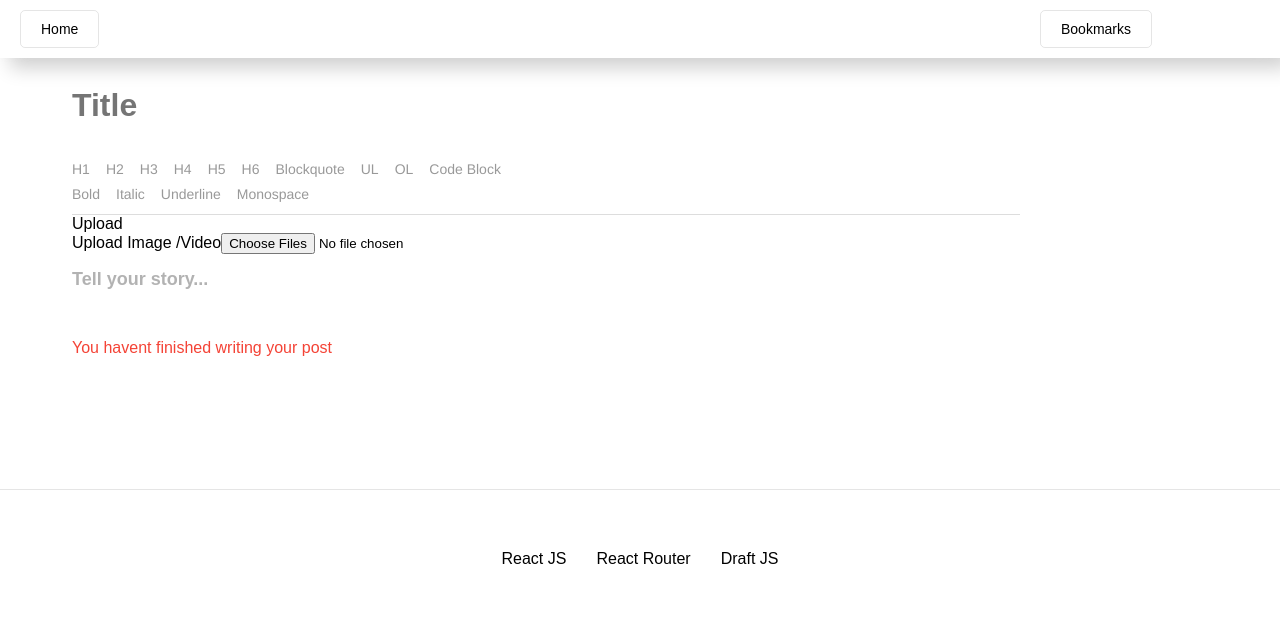
Repository: DevLaukey/task
Page: /react-mini-blog/new
An editor plug-in stored every save of this project. The page is shown before and after the next save, followed by the edit.
The browser window is 1280 px wide. The pictures show the whole page.
The project was rebuilt for these pictures with package versions that can differ from the ones it lists, and the page was loaded fresh each time. Also part of the build but not shown: src/data.js, src/helper.js, src/Components/content/content.css, src/Components/content/Bookmarks.js, src/Components/content/Post.js, src/Components/content/Posts.js, src/Components/content/Content.js, src/Components/content/Bookmark.js and 1 more.

Above is the page before, as saved 2022-06-14 02:08:25.

### public/index.html
<!DOCTYPE html>
<html lang="en">
  <head>
    <meta charset="utf-8">
    <meta name="viewport" content="width=device-width, initial-scale=1, shrink-to-fit=no">
    <meta name="theme-color" content="#000000">
    <!--
      manifest.json provides metadata used when your web app is added to the
      homescreen on Android. See https://developers.google.com/web/fundamentals/engage-and-retain/web-app-manifest/
    -->
    <link rel="manifest" href="%PUBLIC_URL%/manifest.json">
    <link rel="shortcut icon" href="%PUBLIC_URL%/favicon.ico">
    <!--
      Notice the use of %PUBLIC_URL% in the tags above.
      It will be replaced with the URL of the `public` folder during the build.
      Only files inside the `public` folder can be referenced from the HTML.

      Unlike "/favicon.ico" or "favicon.ico", "%PUBLIC_URL%/favicon.ico" will
      work correctly both with client-side routing and a non-root public URL.
      Learn how to configure a non-root public URL by running `npm run build`.
    -->
    <title>React Mini Blog - By Zonayed Ahmed</title>
  </head>
  <body>
    <noscript>
      You need to enable JavaScript to run this app.
    </noscript>
    <div id="root"></div>
    <!--
      This HTML file is a template.
      If you open it directly in the browser, you will see an empty page.

      You can add webfonts, meta tags, or analytics to this file.
      The build step will place the bundled scripts into the <body> tag.

      To begin the development, run `npm start` or `yarn start`.
      To create a production bundle, use `npm run build` or `yarn build`.
    -->
  </body>
</html>

### src/App.js
import React, { Component } from "react";
import { BrowserRouter as Router, Route } from "react-router-dom";
import "./App.css";
import data from "./data";
import Footer from "./Components/footer/Footer";
import Header from "./Components/header/Header";
import Content from "./Components/content/Content";
import Bookmark from "./Components/content/Bookmark";
import NewStory from "./Components/posts/NewStory";
import SinglePost from "./Components/posts/SinglePost";

export default class App extends Component {
  constructor(props) {
    super(props);
    this.state = {
      posts: data,
    };

    this.handleBookmark = this.handleBookmark.bind(this);
    this.handleRemoveBookmark = this.handleRemoveBookmark.bind(this);
    this.handleSubmission = this.handleSubmission.bind(this);
    this.handleRemove = this.handleRemove.bind(this);
  }

  handleBookmark(data) {
    let posts = this.state.posts;
    posts = posts.map((post) =>
      post === data
        ? { id: post.id, title: post.title, body: post.body, path: post.path, isVideo:post.isVideo, bookmark: true }
        : post
    );
    this.setState({ posts });
  }

  handleRemoveBookmark(data) {
    let posts = this.state.posts;
    posts = posts.map((post) =>
      post === data
        ? { id: post.id, title: post.title, body: post.body, bookmark: false }
        : post
    );
    this.setState({ posts });
  }

  handleSubmission(data) {
    let posts = this.state.posts;
    posts = [data, ...posts];
    this.setState({ posts });
  }

  handleRemove(post, history) {
    let posts = this.state.posts;
    posts = posts.filter((onepost) => onepost !== post);
    this.setState({ posts });
    history.push("/");
    this.handleWindow();
  }

  handleWindow() {
    window.scrollTo(0, 0);
  }

  render() {
    return (
      <Router basename="/react-mini-blog">
        <div className="App">
          <Route path="*" render={(props) => <Header {...props} />} />
          <Route
            exact
            path="/"
            render={() => (
              <Content
                posts={this.state.posts}
                bookmarks={this.state.posts.filter((post) => post.bookmark)}
                handleBookmark={this.handleBookmark}
                handleRemoveBookmark={this.handleRemoveBookmark}
              />
            )}
          />
          <Route
            exact
            path="/new"
            render={() => <NewStory handleSubmission={this.handleSubmission} />}
          />
          <Route
            exact
            path="/bookmark"
            render={() => (
              <Bookmark
                bookmarks={this.state.posts.filter((post) => post.bookmark)}
              />
            )}
          />
          <Route
            exact
            path="/post/:id"
            render={(props) => (
              <SinglePost
                {...props}
                posts={this.state.posts}
                handleBookmark={this.handleBookmark}
                handleRemoveBookmark={this.handleRemoveBookmark}
                handleRemove={this.handleRemove}
                handleWindow={this.handleWindow()}
              />
            )}
          />

          <Footer />
        </div>
      </Router>
    );
  }
}

### src/App.css
* {
  box-sizing: border-box;
  margin: 0;
  padding: 0;
}

.App {
  width: 100vw;
}

.btn {
  background: #fff;
  border: solid 1px rgba(0, 0, 0, 0.1);
  padding: 10px 20px;
  font-size: 14px;
  border-radius: 5px;
  margin: 10px;
}

a.btn {
  text-decoration: none;
  color: #000;
}

.btn:hover {
  cursor: pointer;
  border-color: #000;
}

.error {
  margin-top:10vh;
}

.image{
  width: 90%;
  height: auto;
}

### src/Components/footer/Footer.js
import React from 'react';
import "./footer.css"
export default () => {
  return (
    <footer>
      <div className="footer">
        <ul>
          <li>React JS</li>
          <li>React Router</li>
          <li>Draft JS</li>
        </ul>
      </div>
    </footer>
  )
}

### src/Components/header/Header.js
import React from "react";
import { Link } from "react-router-dom";
import "./header.css";

export default ({ match: { url } }) => {
  return (
    <header>
      <nav className="navbar">
        <div className="header__newStory">
          {url === "/" ? (
            <Link to="/new" className="btn btn-new">
              New Story
            </Link>
          ) : (
            <Link to="/" className="btn btn-new">
              Home
            </Link>
          )}
        </div>
        <div className="header__bookmarks">
          <Link to="/bookmark" className="btn btn-bookmarks">
            Bookmarks
          </Link>
        </div>
      </nav>
    </header>
  );
};

### src/Components/posts/NewStory.js
import React, { Component } from "react";
import uuidv1 from "uuid/v1";
import { Editor,EditorState, RichUtils, getDefaultKeyBinding } from "draft-js";

import { stateToHTML } from "draft-js-export-html";
import BlockStyleControls from "../RichText/BlockStyleControls";
import InlineStyleControls from "../RichText/InlineStyleControls";
import "./posts.css";
import "../../RichText.css";
import  { Route}  from "react-router-dom";



export default class NewStory extends Component {

  constructor(props) {
    super(props);
    this.state = {
      editorState: EditorState.createEmpty(),
      title: "",
      body: "",
      name: "",
      path: "",
      preview: null,
      data: null,
      done: "no",
      isVideo: false,
    };

    this.focus = () => this.refs.editor.focus();
    this.onChange = this.onChange.bind(this);
    this.handleKeyCommand = this._handleKeyCommand.bind(this);
    this.mapKeyToEditorCommand = this._mapKeyToEditorCommand.bind(this);
    this.toggleBlockType = this._toggleBlockType.bind(this);
    this.toggleInlineStyle = this._toggleInlineStyle.bind(this);
    this.handleSubmit = this.handleSubmit.bind(this);
  }

  onChange(editorState) {
    this.setState({ editorState });
    const contentState = this.state.editorState.getCurrentContent();
    const html = stateToHTML(contentState);
    this.state.title && this.state.body && this.state.data
      ? this.setState({ done: "done" })
      : console.log("waiting");
    this.setState({ body: html });
  }

  _handleKeyCommand(command, editorState) {
    const newState = RichUtils.handleKeyCommand(editorState, command);
    if (newState) {
      this.onChange(newState);
      return true;
    }
    return false;
  }

  _mapKeyToEditorCommand(e) {
    if (e.keyCode === 9 /* TAB */) {
      const newEditorState = RichUtils.onTab(
        e,
        this.state.editorState,
        4 /* maxDepth */
      );
      if (newEditorState !== this.state.editorState) {
        this.onChange(newEditorState);
      }
      return;
    }
    return getDefaultKeyBinding(e);
  }

  _toggleBlockType(blockType) {
    this.onChange(RichUtils.toggleBlockType(this.state.editorState, blockType));
  }

  _toggleInlineStyle(inlineStyle) {
    this.onChange(
      RichUtils.toggleInlineStyle(this.state.editorState, inlineStyle)
    );
  }

  changePath = (e) => {
    const file = e.target.files[0];
    if (!file) {
      return;
    }
    let src,
      preview,
      type = file.type;

    if (/^image\//.test(type)) {
      src = URL.createObjectURL(file);
      preview = <img src={src} alt="" />;
    } else if (/^video\//.test(type)) {
      src = URL.createObjectURL(file);
      preview = <video src={src} autoPlay loop controls />;
      this.setState({ isVideo: true });
    } else {
      return;
    }
    this.setState({
      path: src,
      data: file,
      preview: preview,
    });
  };

  // upload = () => {
  //   const data = this.state.data;
  //   const url = " ";
  //   const form = new FormData();
  //   form.append("file", data);
  //   fetch(url, {
  //     method: "POST",
  //     body: form,
  //   }).then((res) => {
  //     console.log(res);
  //   });
  // };

  handleSubmit() {
    const { title, body, isVideo, path } = this.state;
    if (title && body && path) {
      let newStory = { id: uuidv1(), title, body, isVideo, path, bookmark: false };
      this.props.handleSubmission(newStory);
      this.setState({
        editorState: EditorState.createEmpty(),
        title: "",
        body: "",
        data:null,
        done: "submitted",
      });
      <Route to="/" />
    }
  }

  render() {
    const { editorState } = this.state;
    let className = "RichEditor-editor";
    var contentState = editorState.getCurrentContent();
    if (!contentState.hasText()) {
      if (contentState.getBlockMap().first().getType() !== "unstyled") {
        className += " RichEditor-hidePlaceholder";
      }
    }

    const { title, done } = this.state;

    const { path, preview } = this.state;
    return (

      <div className="richtext-editor">
        <input
          type="text"
          className="input-title"
          value={title}
          onChange={(e) => this.setState({ title: e.target.value })}
          placeholder="Title"
        />
        <BlockStyleControls
          editorState={editorState}
          onToggle={this.toggleBlockType}
        />
        <InlineStyleControls
          editorState={editorState}
          onToggle={this.toggleInlineStyle}
        />
        {/* <FBEditor /> */}
        <div className={className} onClick={this.focus}>
          {/* <Editor
            toolbarStyle={{ display: "flex", justifyContent: "space-around" }}
            editorState={editorState}
            onEditorStateChange={this.onEditorStateChange}
            toolbar={{
              inline: { inDropdown: true },
              list: { inDropdown: true },
              textAlign: { inDropdown: true },
              link: { inDropdown: true },
              history: { inDropdown: true },
            }}
            /> */}
          {/* <VideoEditor /> */}
          <div>
            <div className="row">
              <label>Upload</label>
              <div className="row-input">
                <span>{path ? path : "Upload Image /Video"}</span>
                <input
                  type="file"
                  accept="image/*, video/*"
                  multiple
                  onChange={this.changePath}
                />
              </div>
            </div>
            <div className="media">{preview}</div>
            {/* <button className="primary upload" onClick={this.upload}>
              Upload
            </button> */}
          </div>
          <Editor
            getBlockStyleFn={getBlockStyle}
            className="Editor"
            editorState={editorState}
            handleKeyCommand={this.handleKeyCommand}
            keyBindingFn={this.mapKeyToEditorCommand}
            onChange={this.onChange}
            placeholder="Tell your story..."
            ref="editor"
            spellCheck={true}
          />
        </div>
        {done === "done" ? (
          <button onClick={this.handleSubmit} className="btn btn-submit">
            Submit
          </button>
        ) : done === "submitted" ? (
          <span className="msg-success">
            Your post has been added successfully
          </span>
        ) : (
          <span className="msg-error">
            You havent finished writing your post
          </span>
        )}
      </div>
    );

    function getBlockStyle(block) {
      switch (block.getType()) {
        case "blockquote":
          return "RichEditor-blockquote";
        default:
          return null;
      }
    }
  }
}

### src/Components/footer/footer.css

footer {
  clear: both;
  padding: 60px 0;
}

.footer ul {
  margin: 0;
  padding: 0;
  padding-top: 60px;
  border-top: solid 1px rgba(0, 0, 0, 0.10);
  text-align: center;
}

.footer ul li {
  list-style: none;
  display: inline-block;
  margin: 0 15px;
}

.footer ul li a {
  background-color: #000;
  color: #fff;
  text-decoration: none;
  padding: 2px 5px;
  border-radius: 4px;
}

### src/Components/header/header.css
header {
  background-color: white;
  position: fixed;
  top: 0;
  width: 100vw;
  z-index: 100;
  box-shadow: 10px 10px 19px #d0d0d0, -10px -10px 19px #f0f0f0;
}
.navbar {
  display: flex;
  justify-content: space-between;
  margin: 20px 10px;
  width: 90vw;
}

### src/Components/RichText/BlockStyleControls.js
import React from 'react';

import StyleButton from './StyleButton';

const BLOCK_TYPES = [
  {label: 'H1', style: 'header-one'},
  {label: 'H2', style: 'header-two'},
  {label: 'H3', style: 'header-three'},
  {label: 'H4', style: 'header-four'},
  {label: 'H5', style: 'header-five'},
  {label: 'H6', style: 'header-six'},
  {label: 'Blockquote', style: 'blockquote'},
  {label: 'UL', style: 'unordered-list-item'},
  {label: 'OL', style: 'ordered-list-item'},
  {label: 'Code Block', style: 'code-block'},
];

export default(props) => {
  const {editorState} = props;
  const selection = editorState.getSelection();
  const blockType = editorState
    .getCurrentContent()
    .getBlockForKey(selection.getStartKey())
    .getType();
  return (
    <div className="RichEditor-controls">
      {BLOCK_TYPES.map((type) =>
        <StyleButton
          key={type.label}
          active={type.style === blockType}
          label={type.label}
          onToggle={props.onToggle}
          style={type.style}
        />
      )}
    </div>
  );
};

### src/Components/RichText/InlineStyleControls.js
import React from 'react';

import StyleButton from './StyleButton';

var INLINE_STYLES = [
  {label: 'Bold', style: 'BOLD'},
  {label: 'Italic', style: 'ITALIC'},
  {label: 'Underline', style: 'UNDERLINE'},
  {label: 'Monospace', style: 'CODE'},
];

export default(props) => {
  const currentStyle = props.editorState.getCurrentInlineStyle();

  return (
    <div className="RichEditor-controls">
      {INLINE_STYLES.map((type) =>
        <StyleButton
          key={type.label}
          active={currentStyle.has(type.style)}
          label={type.label}
          onToggle={props.onToggle}
          style={type.style}
        />
      )}
    </div>
  );
};

### src/Components/posts/posts.css
.single-post {
  width: 90vw;
  margin-left: 5vw;
  margin-top: 10vh;
}

.single-post__body {
  width: 100%;
  display: flex;
  flex-direction: column;
  flex-wrap: wrap;
}
.single-post .header {
  font-size: 32px;
  font-weight: 900;
  margin-bottom: 20px;
}
.single-post__body img {
  height: auto;
  width: 80vw;
}
.single-post h1,
.DraftEditor-editorContainer h1 {
  margin: 0;
  font-size: 32px;
}

.single-post h2,
.DsraftEditor-editorContainer h2 {
  font-size: 30px;
}

.single-post h3,
.DraftEditor-editorContainer h3 {
  font-size: 28px;
}

.single-post h4,
.DraftEditor-editorContainer h4 {
  font-size: 26px;
}

.single-post h5,
.DraftEditor-editorContainer h5 {
  font-size: 22px;
}

.single-post h6,
.DraftEditor-editorContainer h6 {
  font-size: 18px;
}

.single-post ul li,
.single-post ol li,
.DraftEditor-editorContainer ul li,
.DraftEditor-editorContainer ol li {
  padding: 12px 0;
  font-size: 21px;
}

.single-post a,
.DraftEditor-editorContainer a {
  color: #000;
  text-decoration: underline;
}

.single-post p,
.DraftEditor-editorContainer p {
  margin: 0;
  font-size: 15px;
  line-height: 1.7;
}

.single-post p code,
.DraftEditor-editorContainer p code {
  background-color: rgba(255, 255, 255, 0.05);
  padding: 3px 5px;
  font-size: 0.8em;
}

.single-post figure,
.DraftEditor-editorContainer figure {
  margin: 30px auto;
  text-align: center;
}

.single-post blockquote,
.DraftEditor-editorContainer blockquote {
  border-left: 4px solid #000;
  margin: 0;
  padding: 10px 25px;
  font-style: italic;
}

.single-post pre,
.DraftEditor-editorContainer pre {
  background-color: rgba(0, 0, 0, 0.05);
  padding: 20px;
  white-space: pre-wrap;
}

.single-post pre code,
.DraftEditor-editorContainer pre code {
  font-size: 15px;
  color: rgba(0, 0, 0.75);
}

.input-title {
  font-size: 32px;
  width: 100%;
  font-weight: 700;
  border: none;
  box-shadow: none;
  padding: 15px 0;
  margin-bottom: 20px;
}

.input-title:focus {
  outline: none;
}

.richtext-editor {
  width: calc(100% / 1.35);
  margin: 10vh;
}

.file-drop{
    width: 100%;
    height: fit-content;
    font-weight: bold;
    font-size: large;
}

.file-drop > .file-drop-target{
    transition: border-color .3s ease;
    border: 0.2em solid #f04e26;
    border-radius: 1em;
    text-align: center;
    padding: 8em 0em;
    cursor: pointer;
}

.file-drop > .file-drop-target.file-drop-dragging-over-target{
    border-color: #90ee90;
    transition: border-color .3s ease;
    color: #cacaca
}
/* Editor */
.toolbar {
  display: flex;
  flex-wrap: wrap;
  justify-content: space-around;
  z-index: 200;
  margin-bottom: 10px;
}

.wrapper > * > * li {
  color: rgb(77, 77, 77);
  margin: 15px;
}
.media {
  width: 100%;
  height: auto;
}

.wrapper > * > * > * {
  margin-left: 10px;
}

.RichEditor-editor .public-DraftEditorPlaceholder-root,
.RichEditor-editor .public-DraftEditor-content {
  margin: 0 -15px -15px;
  padding: 15px;
}

.RichEditor-editor .public-DraftEditorPlaceholder-root {
  min-height: 100px;
}

.RichEditor-hidePlaceholder .public-DraftEditorPlaceholder-root {
  display: none;
}

.RichEditor-editor .RichEditor-blockquote {
  border-left: 5px solid #eee;
  color: #666;
  font-family: "Hoefler Text", "Georgia", serif;
  font-style: italic;
  margin: 16px 0;
  padding: 10px 20px;
}

.RichEditor-editor .public-DraftStyleDefault-pre {
  background-color: rgba(0, 0, 0, 0.05);
  font-family: "Inconsolata", "Menlo", "Consolas", monospace;
  font-size: 16px;
  padding: 20px;
}

.RichEditor-controls {
  font-family: "Helvetica", sans-serif;
  font-size: 14px;
  margin-bottom: 5px;
  user-select: none;
}

.RichEditor-styleButton {
  color: #999;
  cursor: pointer;
  margin-right: 16px;
  padding: 2px 0;
  display: inline-block;
}

.RichEditor-activeButton {
  border-color: #000;
  color: #000;
  background-color: transparent;
}

.public-DraftEditorPlaceholder-root {
  padding: 0;
  position: absolute;
  color: rgba(0, 0, 0, 0.3);
  font-weight: 700;
  font-size: 18px;
}

.public-DraftEditorPlaceholder-inner {
  font-size: 18px;
}

.msg-success {
  color: #4caf50;
}

.msg-error {
  color: #f44336;
}

/* MEDIA  QUERY */

@media screen and (min-width: 768px) {
  .single-post__body img {
    width: 500px;
  }
}

### src/RichText.css
.RichEditor-root {
  background: #fff;
  border: 1px solid #ddd;
  font-family: 'Georgia', serif;
  font-size: 14px;
  padding: 15px;
}

.RichEditor-editor {
  border-top: 1px solid #ddd;
  cursor: text;
  font-size: 16px;
  margin-top: 10px;
}

.RichEditor-editor .public-DraftEditorPlaceholder-root,
.RichEditor-editor .public-DraftEditor-content {
  margin: 0 -15px -15px;
  padding: 15px;
}

.RichEditor-editor .public-DraftEditor-content {
  min-height: 100px;
}

.RichEditor-hidePlaceholder .public-DraftEditorPlaceholder-root {
  display: none;
}

.RichEditor-editor .RichEditor-blockquote {
  border-left: 5px solid #eee;
  color: #666;
  font-family: 'Hoefler Text', 'Georgia', serif;
  font-style: italic;
  margin: 16px 0;
  padding: 10px 20px;
}

.RichEditor-editor .public-DraftStyleDefault-pre {
  background-color: rgba(0, 0, 0, 0.05);
  font-family: 'Inconsolata', 'Menlo', 'Consolas', monospace;
  font-size: 16px;
  padding: 20px;
}

.RichEditor-controls {
  font-family: 'Helvetica', sans-serif;
  font-size: 14px;
  margin-bottom: 5px;
  user-select: none;
}

.RichEditor-styleButton {
  color: #999;
  cursor: pointer;
  margin-right: 16px;
  padding: 2px 0;
  display: inline-block;
}

.RichEditor-activeButton {
  color: #5890ff;
}

### src/Components/RichText/StyleButton.js
import React from 'react';

export default class StyleButton extends React.Component {
  constructor() {
    super();
    this.onToggle = (e) => {
      e.preventDefault();
      this.props.onToggle(this.props.style);
    };
  }
  render() {
    let className = 'RichEditor-styleButton';
    if (this.props.active) {
      className += ' RichEditor-activeButton';
    }
    return (
      <span className={className} onMouseDown={this.onToggle}>
        {this.props.label}
      </span>
    );
  }
}

Loaded but not shown: src/index.js (common file); src/index.css (common file); src/registerServiceWorker.js (common file)

After the next save:
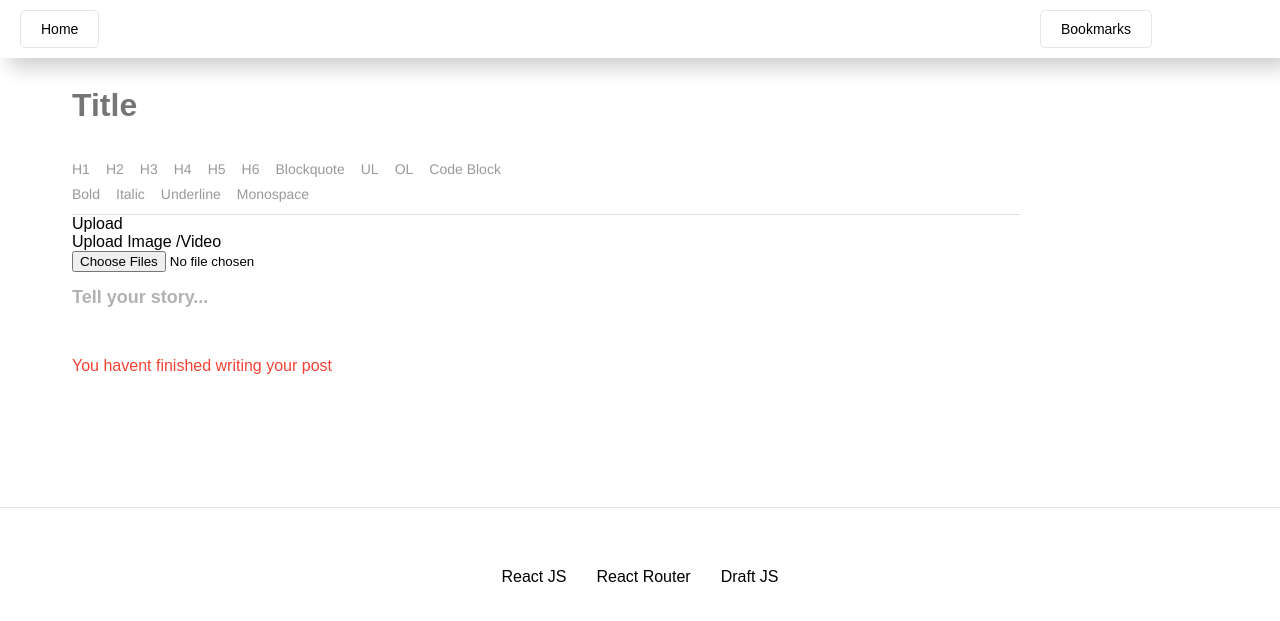
Saved 96 s later.
--- a/src/Components/posts/NewStory.js
+++ b/src/Components/posts/NewStory.js
@@ -187,6 +187,7 @@
               <div className="row-input">
                 <span>{path ? path : "Upload Image /Video"}</span>
                 <input
+                  className="image"
                   type="file"
                   accept="image/*, video/*"
                   multiple
